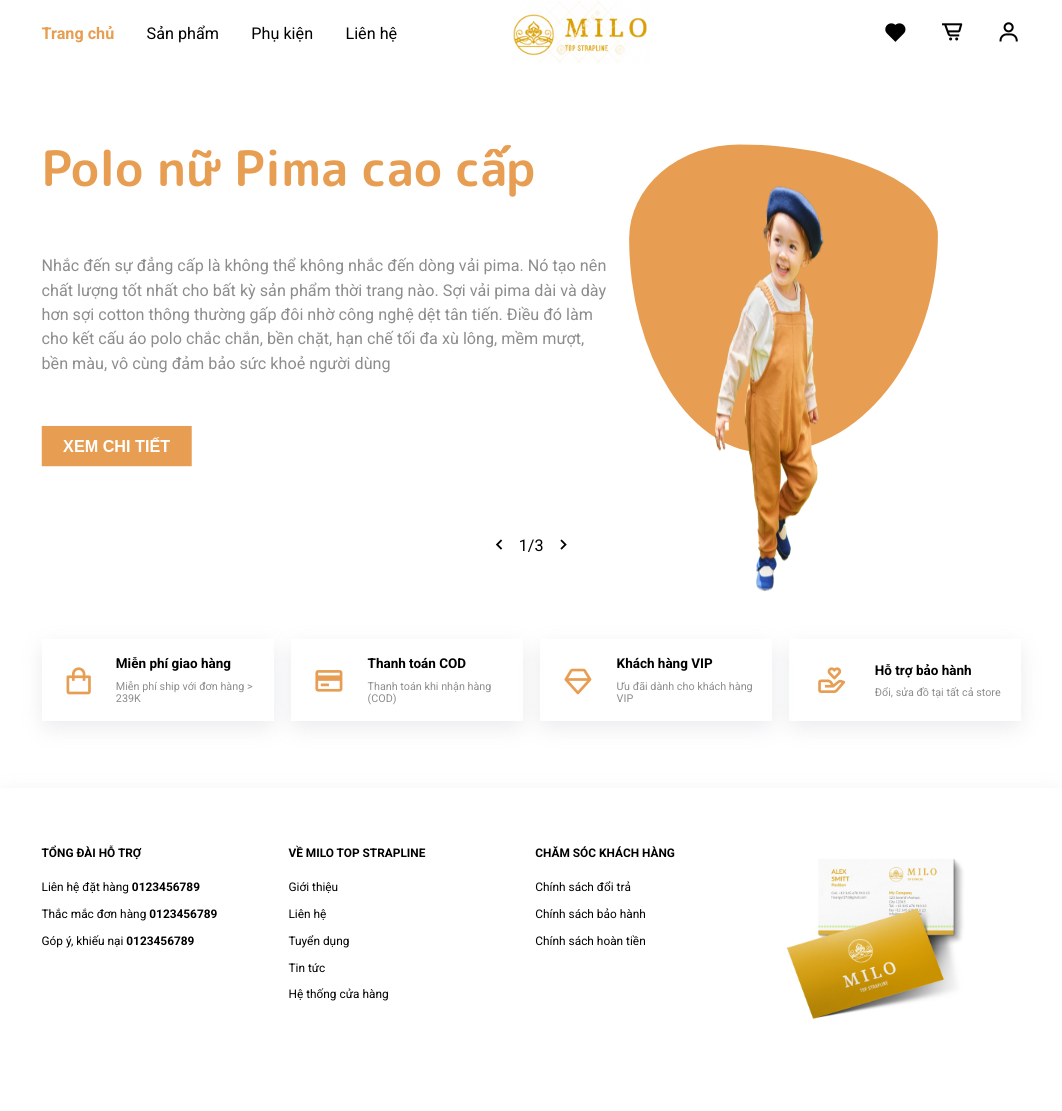
Repository: QuyHoang99k/shop
Page: /
The author's editor kept a copy of each file at every save. The page is drawn from the files as they stood at one save, then again after the next save.
The browser window is 1280 px wide. The pictures show the whole page, at 83% of full size.
The project was rebuilt for these pictures with package versions that can differ from the ones it lists, and the page was loaded fresh each time. Also part of the build but not shown: src/pages/Catalog.jsx, src/pages/Cart.jsx, src/pages/Product.jsx.

Above is the page before, as saved 2021-10-19 10:29:34.

### src/sass/index.scss
@import "./_variables.scss";
@import "./mixins";
@import "./_base.scss";

@import "./components/header";
@import "./components/footer";
@import "./components/hero-slider";
@import "./components/button";
@import "./components/section";
@import "./components/policy-card";

### src/components/Layout.jsx
import React from 'react'

import { BrowserRouter, Route } from 'react-router-dom'

import Header from './Header'
import Footer from './Footer'

import Routes from '../routes/Routes'

const Layout = () => {
    return (
        <BrowserRouter>
            <Route render={props => (
                <div>
                    <Header {...props}/>
                    <div className="container">
                        <div className="main">
                            <Routes/>
                        </div>
                    </div>
                    <Footer/>
                </div>
            )}/>
        </BrowserRouter>
    )
}

export default Layout

### src/sass/_variables.scss
$main-bg: #fff;
$main-color: #E79E52;

$txt-main-color: #000;
$txt-second-color:#8d8d8d;
$txt-white:#fff;

$btn-main-bg: $main-color;
$btn-main-color:#fff;

$header-height:80px;
$header-tablet-height:70px;
$header-mobile-height:40px;
$header-shrink-height:70px;

$box-shadow: rgba(149,157,165,0.2) 0px 8px 24px;

$colors:(
  "blue":#E79E52,
  "orange":#E0D3E9,
  "pink":#C19D71,
  "white":#fff,
  "black":#000,
  "main":$main-color

);
$mobile-width: 600px;
$tablet-width:1024px;

$numbers: (0,1,2,3,4,5,6,7,8);

### src/sass/_mixins.scss
@mixin flex ($align-item, $justify-content) {
    display: flex;
    align-items: $align-item;
    justify-content: $justify-content;
}
@mixin mobile {
    @media only screen and (max-width: $mobile-width){
        @content;
    }
}
@mixin tablet {
    @media only screen and (max-width: $tablet-width){
        @content;
    }
}

### src/sass/_base.scss
@import url("https://fonts.googleapis.com/css2?family=M+PLUS+Rounded+1c:wght@100;300;400;500;700;800;900&family=Roboto:ital,wght@0,100;0,300;0,400;0,500;0,700;0,900;1,100;1,300;1,400;1,500;1,700;1,900&display=swap");

@import url("https://fonts.googleapis.com/css2?family=M+PLUS+Rounded+1c:wght@100;300;400;500;700;800;900&family=Roboto:ital,wght@0,100;0,300;0,400;0,500;0,700;0,900;1,100;1,300;1,400;1,500;1,700;1,900&display=swap");

* {
    padding: 0;
    margin: 0;
    box-sizing: border-box;
    -webkit-tap-highlight-color: transparent;
    user-select: none;
}

html {
    font-size: 13px;
}

body {
    font-family: "Roboto", sans-serif;
}

ul {
    list-style-type: none;
}

a {
    text-decoration: none;
    color: unset;
}

a:hover {
    color: $main-color;
}

img {
    max-width: 100%;
}

@each $color, $val in $colors {
    .color-#{$color} {
        color: $val;
    }

    .bg-#{$color} {
        background-color: $val;
    }
}

@each $val in $numbers {
    .grid-col-#{$val} {
        grid-template-columns: repeat($val, 1fr);
    }
}

@each $val in $numbers {
    .grid-col-md-#{$val} {
        @include tablet {
            grid-template-columns: repeat($val, 1fr);
        }
    }
}

@each $val in $numbers {
    .grid-col-sm-#{$val} {
        @include mobile {
            grid-template-columns: repeat($val, 1fr);
        }
    }
}

.container {
    width: 100%;
    max-width: 1620px;
    padding: 0 50px;
    margin: auto;

    @include tablet {
        padding: 0 20px;
    }

    @include mobile {
        padding: 0 10px;
    }
}

.main {
    margin-top: $header-height;
    margin-bottom: 2rem;
    min-height: 100vh;

    @include tablet {
        margin-top: calc(#{$header-tablet-height} + 20px);
    }

    @include mobile {
        margin-top: calc(#{$header-mobile-height} + 10px);
    }
}

.grid {
    display: grid;
}

### src/sass/components/_header.scss
.header {
    background-color: $main-bg;
    position: fixed;
    top: 0;
    left: 0;
    width: 100%;
    z-index: 100;
    height: $header-height;
    transition: height 0.3s ease;

    @include tablet {
        height: $header-tablet-height;
        box-shadow: $box-shadow;
    }

    @include mobile {
        height: $header-mobile-height;
    }

    .container {
        height: 100%;
    }

    &.shrink {
        height: $header-shrink-height;
        box-shadow: $box-shadow;
        z-index: 100;

        @include mobile {
            height: $header-mobile-height;
        }
    }

    &__logo {
        @include flex(center, center);
        position: absolute;
        inset: 0;
        pointer-events: none;

        img {
            height: 75px;
            margin-left: 120px;
            @include tablet {
                height: 50px;
            }
            @include mobile {
                height: 38px;
                margin-left: 0px;
            }
        }
    }

    &__menu {
        @include flex(center, space-between);
        height: 100%;
        font-size: 1.5rem;

        &__item ~ &__item {
            margin-left: 39px;

            @include tablet {
                margin-left: 20px;
            }

            @include mobile {
                margin-left: 10px;
            }
        }

        &__item.active {
            font-weight: 600;
            color: $main-color;
        }

        &__item:hover {
            color: $main-color;
        }

        &__left,
        &__right {
            @include flex(center, center);
            height: 100%;
        }

        &__right {
            font-size: 2.25rem;

            &__item {
                @include flex(center, center);

                @include tablet {
                    margin-left: 10px;
                }
            }

            @include mobile {
                font-size: 1.5rem;
            }
        }

        &__left {
            &__close {
                display: none;
            }

            @include tablet {
                flex-direction: column;
                background-color: $main-bg;
                position: absolute;
                left: 0;
                top: 0;
                width: 100%;
                height: 100vh;
                justify-content: flex-start;
                padding-top: 30px;
                transform: translateX(-100%);
                transition: transform 0.5s ease;

                &.active {
                    transform: translateX(0);
                }

                &__item ~ &__item {
                    margin-left: unset;
                    margin-top: 20px;
                }

                &__close {
                    display: block;
                    position: absolute;
                    left: 20px;
                    font-size: 2.5rem;
                }
            }
        }

        &__mobile-toggle {
            display: none;

            @include tablet {
                display: block;
                font-size: 2.5rem;
            }
        }
    }
}

### src/sass/components/_footer.scss
.footer{
    padding: 70px 0;
    box-shadow: $box-shadow;
    font-size: 1.1rem;
    &__logo{
        height: 220px;
        width: 220px;
    }

    &__about{
        p{
            margin-bottom: 2rem;
        }
    }
    &__title{
        text-transform: uppercase;
        margin-bottom: 2rem;
        font-weight: 600;
    }
    &__content {
        p {
            margin-bottom: 1.25rem;
        }
    }
}

### src/sass/components/_button.scss
.btn {
    border: 0;
    outline: 0;
    color: $btn-main-color;
    font-size: 1.5rem;
    font-weight: 600;
    text-transform: uppercase;
    cursor: pointer;
    overflow: hidden;
    position: relative;

    @include mobile {
        font-size: 1rem;
    }

    &__txt,
    &__icon {
        display: block;
        transition: transform 0.5s ease;
    }

    &__txt {
        padding: 1rem 2rem;
    }

    &__icon {
        @include flex(center, center);
        font-size: 2rem;
        position: absolute;
        left: 0;
        top: 0;
        height: 100%;
        width: 100%;
        transform: translateX(-100%);
    }

    &-animate:hover &__txt {
        transform: translateX(100%);
    }

    &-animate:hover &__icon {
        transform: translateX(0);
    }

    &-sm {
        font-size: 1rem;
    }

    &-sm &__txt {
        padding: 0.7rem 1.5rem;
    }
}

### src/sass/components/_section.scss
.section{
    margin-bottom: 80px;
    & > * ~ * {
        margin-bottom: 70px;
    }
}

### src/sass/components/_policy-card.scss
.policy-card{
    @include flex(center,flex-start);
    padding: 20px;
    padding-left: 0;
    box-shadow: $box-shadow;
    transition:  transform 0.5s ease;

    &:hover{
        transform: translateY(-20px);
    }
    &__icon{
        @include flex(center,center);
        width: 40%;
        color: $main-color;
        i{
            font-size: 3rem;
        }
    }
    &__info{
        &__name{
            font-size: 1.25rem;
            font-weight: 600;
            margin-bottom: 10px;
        }
        &__description{
            font-size: 1rem;
            color: $txt-second-color;
        }

    }
}

### src/components/Header.jsx
import React, { useRef, useEffect } from 'react'
import { Link, useLocation } from 'react-router-dom'

import logo from '../assets/images/Logo-2.png'

const mainNav = [
    {
        display: "Trang chủ",
        path: "/"
    },
    {
        display: "Sản phẩm",
        path: "/catalog"
    },
    {
        display: "Phụ kiện",
        path: "/accessories"
    },
    {
        display: "Liên hệ",
        path: "/contact"
    }
]

const Header = () => {

    const { pathname } = useLocation()
    const activeNav = mainNav.findIndex(e => e.path === pathname)

    const headerRef = useRef(null)

    useEffect(() => {
        window.addEventListener("scroll", () => {
            if (document.body.scrollTop > 80 || document.documentElement.scrollTop > 80) {
                headerRef.current.classList.add('shrink')
            } else {
                headerRef.current.classList.remove('shrink')
            }
        })
        return () => {
            window.removeEventListener("scroll")
        };
    }, []);

    const menuLeft = useRef(null)

    const menuToggle = () => menuLeft.current.classList.toggle('active')

    return (
        <div className="header" ref={headerRef}>
            <div className="container">
                <div className="header__logo">
                    <Link to="/">
                        <img src={logo} alt="" />
                    </Link>
                </div>
                <div className="header__menu">
                    <div className="header__menu__mobile-toggle" onClick={menuToggle}>
                        <i className='bx bx-menu-alt-left'></i>
                    </div>
                    <div className="header__menu__left" ref={menuLeft}>
                        <div className="header__menu__left__close" onClick={menuToggle}>
                            <i className='bx bx-chevron-left'></i>
                        </div>
                        {
                            mainNav.map((item, index) => (
                                <div
                                    key={index}
                                    className={`header__menu__item header__menu__left__item ${index === activeNav ? 'active' : ''}`}
                                    onClick={menuToggle}
                                >
                                    <Link to={item.path}>
                                        <span>{item.display}</span>
                                    </Link>
                                </div>
                            ))
                        }
                    </div>
                    <div className="header__menu__right">
                        <div className="header__menu__item header__menu__right__item">
                        <i className='bx bxs-heart'></i>
                        </div>
                        <div className="header__menu__item header__menu__right__item">
                            <Link to="/cart">
                            <i class='bx bx-cart-alt'></i>
                            </Link>
                        </div>
                        <div className="header__menu__item header__menu__right__item">
                            <i className="bx bx-user"></i>
                        </div>
                    </div>
                </div>
            </div>
        </div>
    )
}

export default Header

### src/routes/Routes.jsx
/* eslint-disable no-unused-vars */
import React from 'react'
import { Route,Switch } from 'react-router'

import Home from '../pages/Home'
import Catalog from '../pages/Catalog'
import Cart from '../pages/Cart'
import Product from '../pages/Product'



const Routes = () => {
  return (
    <Switch>
      <Route path='/' exact component ={Home}/>
      <Route path='/catalog/:slug' exact component ={Product}/>
      <Route path='/catalog' exact component ={Catalog}/>
      <Route path='/cart' exact component ={Cart}/>
    </Switch>
  )
}

export default Routes

### src/components/Grid.jsx
import React from 'react'
import PropTypes from 'prop-types'

const Grid = props => {

    const style = {
        gap: props.gap ? `${props.gap}px` : '0'
    }

    const col = props.col ? `grid-col-${props.col}` : ''
    const mdCol = props.mdCol ? `grid-col-md-${props.mdCol}` : ''
    const smCol = props.smCol ? `grid-col-sm-${props.smCol}` : ''

    return (
        <div className={`grid ${col} ${mdCol} ${smCol}`} style={style}>
            {props.children}
        </div>
    )
}


Grid.propTypes = {
    col: PropTypes.number.isRequired,
    mdCol: PropTypes.number,
    smCol: PropTypes.number,
    gap: PropTypes.number
}

export default Grid

### src/pages/Home.jsx
import React from 'react'
import Helmet from '../components/Helmet'
import HeroSlider from '../components/HeroSlider'
import heroSliderData from '../assets/fake-data/hero-slider'
import Section, { SectionBody, SectionTitle } from '../components/Section'
import PolicyCard from '../components/PolicyCard'
import Gird from '../components/Grid'

import policy from '../assets/fake-data/policy'

const Home = () => {
  return (
    <Helmet title="Trang chủ">
      {/* slider */}
      <HeroSlider data={heroSliderData}
        control={true}
        // auto={true}
        timeOut={5000}
      />

      {/* end slider */}
      {/* policy section */}
      <Section>
        <SectionBody>
          <Gird
            col={4}
            mdcol={2}
            smcol={1}
            gap={20}
          >
            {
              policy.map((item, index) => <PolicyCard
                key={index}
                name={item.name}
                description={item.description}
                icon={item.icon}
              />)
            }
          </Gird>
        </SectionBody>
      </Section>
      {/* end policy section */}
    </Helmet>
  )
}

export default Home

### src/components/Helmet.jsx
import React from 'react'
import PropTypes from 'prop-types'

const Helmet = props => {

    document.title = 'Milo - ' + props.title
    return (
        <div>
            {props.children}
        </div>
    )
}

Helmet.propTypes = {
    title:PropTypes.string.isRequired
}

export default Helmet

### src/components/HeroSlider.jsx
import React, { useEffect, useState, useCallback } from 'react'
import PropTypes from 'prop-types'
import { Link } from 'react-router-dom'

import Button from './Button'

const HeroSlider = props => {

    const data = props.data

    const timeOut = props.timeOut ? props.timeOut : 3000

    const [activeSlide, setActiveSlide] = useState(0);

    const nextSlide = useCallback(
        () => {
            const index = activeSlide + 1 === data.length ? 0 : activeSlide + 1
            setActiveSlide(index)
        },
        [activeSlide, data],
    )

    const prevSlide = () => {
        const index = activeSlide - 1 < 0 ? data.length - 1 : activeSlide - 1
        setActiveSlide(index)
    }

    useEffect(() => {
        if (props.auto) {
            const slideAuto = setInterval(() => {
                nextSlide()
            }, timeOut);
            return () => {
                clearInterval(slideAuto)
            }
        }
    }, [nextSlide, timeOut, props])

    return (
        <div className="hero-slider">
            {
                data.map((item, index) => (
                    <HeroSliderItem key={index} item={item} active={index === activeSlide}/>
                ))
            }
            {
                props.control ? (
                    <div className="hero-slider__control">
                        <div className="hero-slider__control__item" onClick={prevSlide}>
                            <i className="bx bx-chevron-left"></i>
                        </div>
                        <div className="hero-slider__control__item">
                            <div className="index">
                                {activeSlide + 1}/{data.length}
                            </div>
                        </div>
                        <div className="hero-slider__control__item" onClick={nextSlide}>
                            <i className="bx bx-chevron-right"></i>
                        </div>
                    </div>
                ) : null
            }
        </div>
    )
}

HeroSlider.propTypes = {
    data: PropTypes.array.isRequired,
    control: PropTypes.bool,
    auto: PropTypes.bool,
    timeOut: PropTypes.number
}

const HeroSliderItem = props => (
    <div className={`hero-slider__item ${props.active ? 'active' : ''}`}>
        <div className="hero-slider__item__info">
            <div className={`hero-slider__item__info__title color-${props.item.color}`}>
                <span>{props.item.title}</span>
            </div>
            <div className="hero-slider__item__info__description">
                <span>{props.item.description}</span>
            </div>
            <div className="hero-slider__item__info__btn">
                <Link to={props.item.path}>
                    <Button
                        backgroundColor={props.item.color}
                        icon="bx bx-cart"
                        animate={true}
                    >
                        xem chi tiết
                    </Button>
                </Link>
            </div>
        </div>
        <div className="hero-slider__item__image">
            <div className={`shape bg-${props.item.color}`}></div>
            <img src={props.item.img} alt="" />
        </div>
    </div>
)

export default HeroSlider

### src/components/PolicyCard.jsx
import React from 'react'
import PropTypes from 'prop-types'

const PolicyCard = props => {
    return (
        <div className="policy-card">
            <div className="policy-card__icon">
                <i className={props.icon}></i>
            </div>
            <div className="policy-card__info">
                <div className="policy-card__info__name">
                    {props.name}
                </div>
                <div className="policy-card__info__description">
                    {props.description}
                </div>
            </div>
        </div>
    )
}

PolicyCard.propTypes = {
    name: PropTypes.string.isRequired,
    description:PropTypes.string.isRequired,
    icon:PropTypes.string.isRequired
}

export default PolicyCard

### src/components/Button.jsx
import React from 'react'
import PropTypes from 'prop-types'

const Button = props => {

    const bg = props.backgroundColor ? 'bg-' + props.backgroundColor : 'bg-main'

    const size = props.size ? 'btn-' + props.size : ''

    const animate = props.animate ? 'btn-animate' : ''

    return (
        <button
            className={`btn ${bg} ${size} ${animate}`}
            onClick={props.onClick ? () => props.onClick() : null}
        >
            <span className="btn__txt">{props.children}</span>
            {
                props.icon ? (
                    <span className="btn__icon">
                        <i className={`${props.icon} bx-tada`}></i>
                    </span>
                ) : null
            }
        </button>
    )
}

Button.propTypes = {
    backgroundColor: PropTypes.string,
    size: PropTypes.string,
    icon: PropTypes.string,
    animate: PropTypes.bool,
    onclick: PropTypes.func
}

export default Button

Loaded but not shown: public/index.html (common file); src/reportWebVitals.js (common file); src/assets/boxicons-2.0.7/css/boxicons.min.css (library); src/components/Section.jsx (common file); src/assets/fake-data/policy.js (common file); src/assets/fake-data/hero-slider.js (29 lines, source omitted); src/index.js (22 lines, source omitted); src/sass/components/_hero-slider.scss (210 lines, source omitted); src/components/Footer.jsx (118 lines, source omitted)

After the next save:
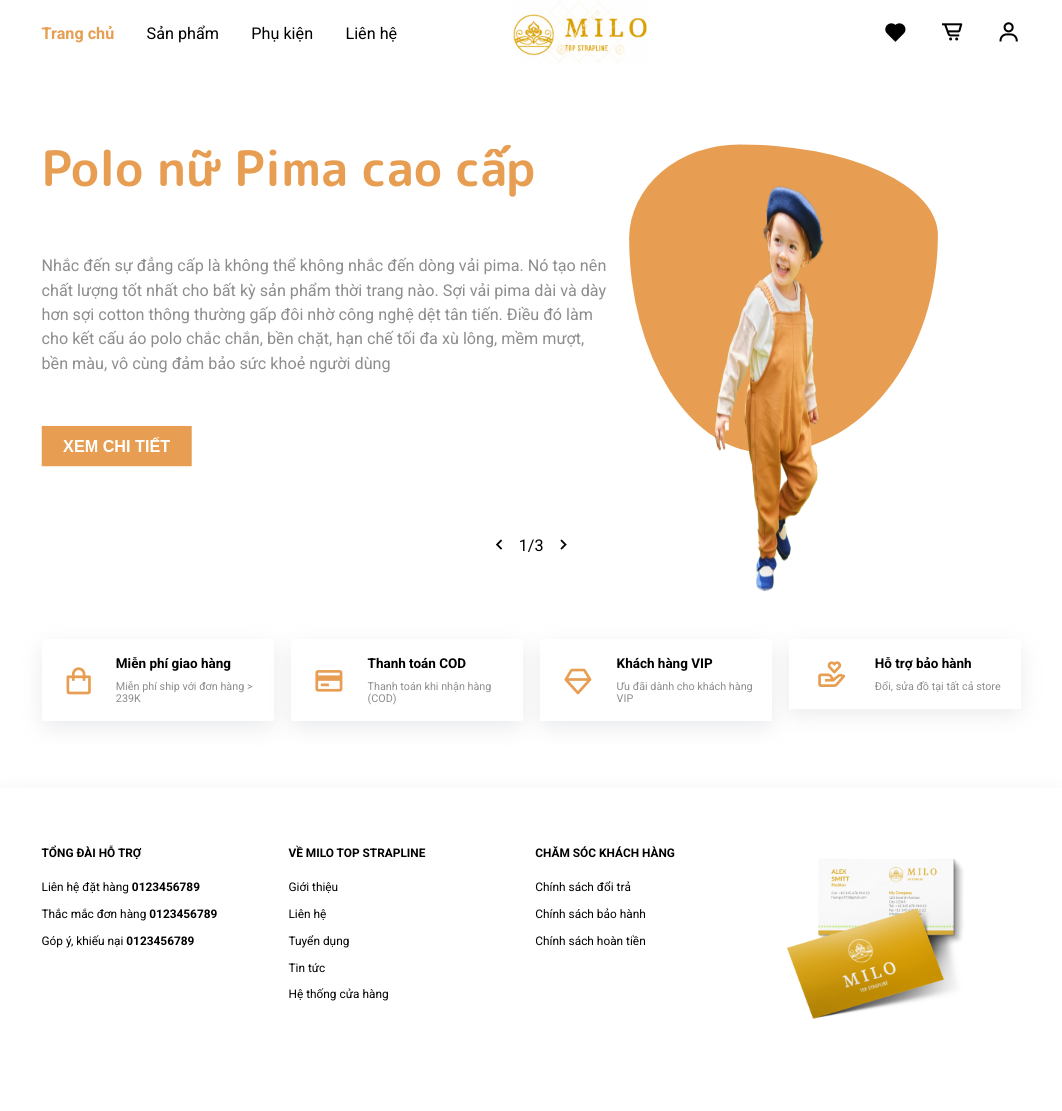
Saved 2 min 3 s later.
--- a/src/pages/Home.jsx
+++ b/src/pages/Home.jsx
@@ -7,6 +7,7 @@
 import Gird from '../components/Grid'
 
 import policy from '../assets/fake-data/policy'
+import { Link } from 'react-router-dom'
 
 const Home = () => {
   return (
@@ -29,12 +30,14 @@
             gap={20}
           >
             {
-              policy.map((item, index) => <PolicyCard
-                key={index}
-                name={item.name}
-                description={item.description}
-                icon={item.icon}
-              />)
+              policy.map((item, index) => <Link to="/policy">
+                <PolicyCard
+                  key={index}
+                  name={item.name}
+                  description={item.description}
+                  icon={item.icon}
+                />
+              </Link>)
             }
           </Gird>
         </SectionBody>
